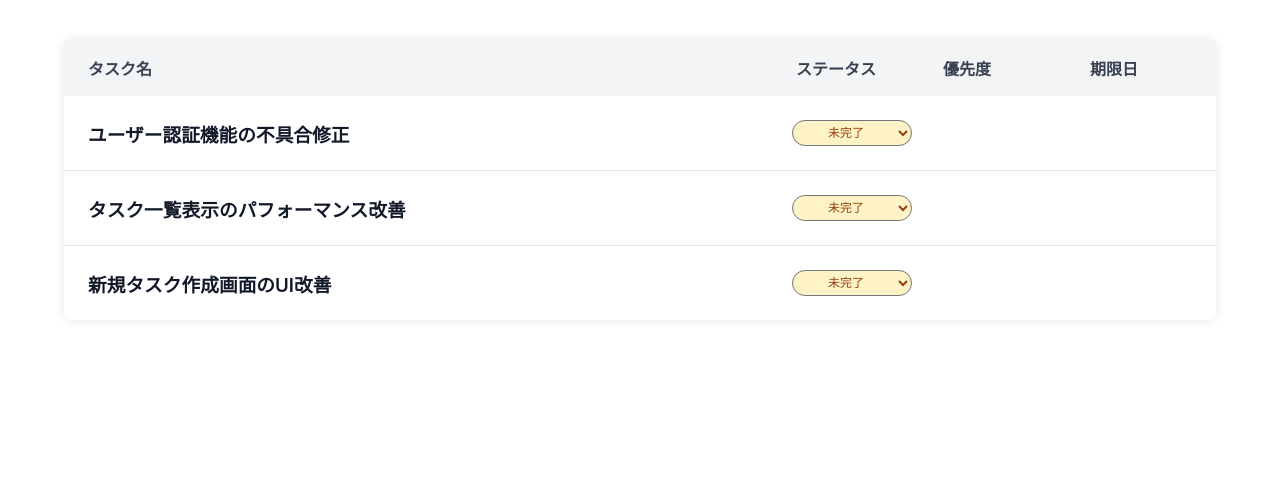
Repository: s1ros75/react-task-app
Page: /tasks
An editor plug-in stored every save of this project. The page is shown before and after the next save, followed by the edit.
The browser window is 1280 px wide. The pictures show the whole page.
The project was rebuilt for these pictures with package versions that can differ from the ones it lists, and the page was loaded fresh each time. Also part of the build but not shown: vite.config.ts, src/styles/home.module.css, src/pages/home/index.tsx, src/features/tasks/hooks/getTaskById.ts, src/features/tasks/styles/taskDetail.module.css, src/features/tasks/components/TaskDetail.tsx, src/features/tasks/hooks/deleteTask.ts, src/features/tasks/components/TaskDeleteButton.tsx and 9 more.

Above is the page before, as saved 2026-01-17 23:25:14.

After the next save:
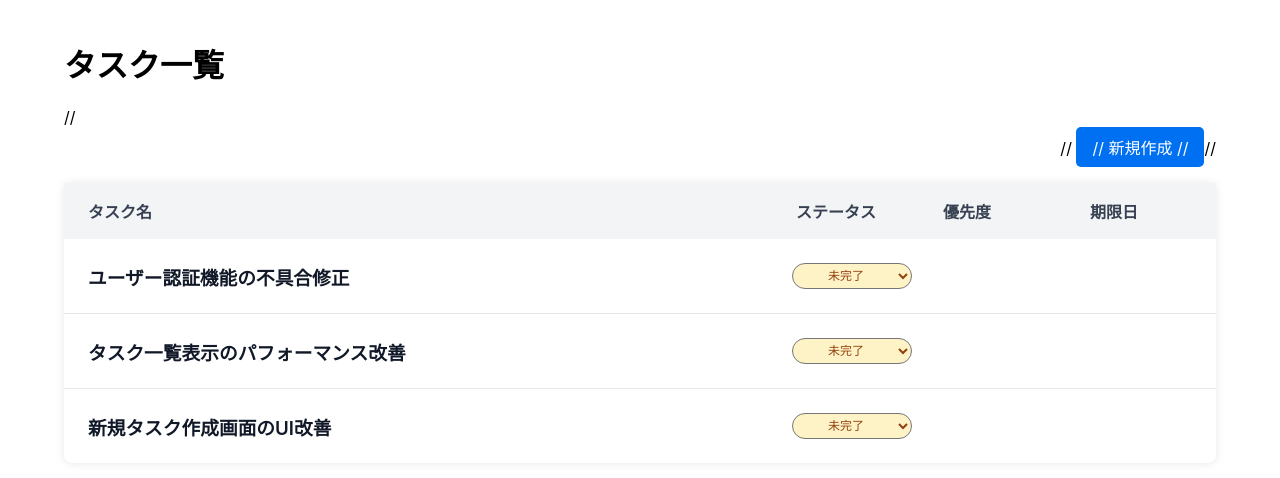
Saved 31 s later.
--- a/src/features/tasks/containers/TaskListContainer.tsx
+++ b/src/features/tasks/containers/TaskListContainer.tsx
@@ -69,7 +69,15 @@ export default function TaskListContainer() {
 
   return (
     <div className={styles.container}>
-      {/* ... ヘッダー部分はそのまま */}
+      <h1>タスク一覧</h1>
+      //{" "}
+      <div className={styles.taskListHeader}>
+        //{" "}
+        <Link to="/tasks/new" className={styles.newTaskLink}>
+          // 新規作成 //{" "}
+        </Link>
+        //{" "}
+      </div>
       <div className={styles.tableContainer}>
         <div className={styles.header}>
           <div>タスク名</div>
